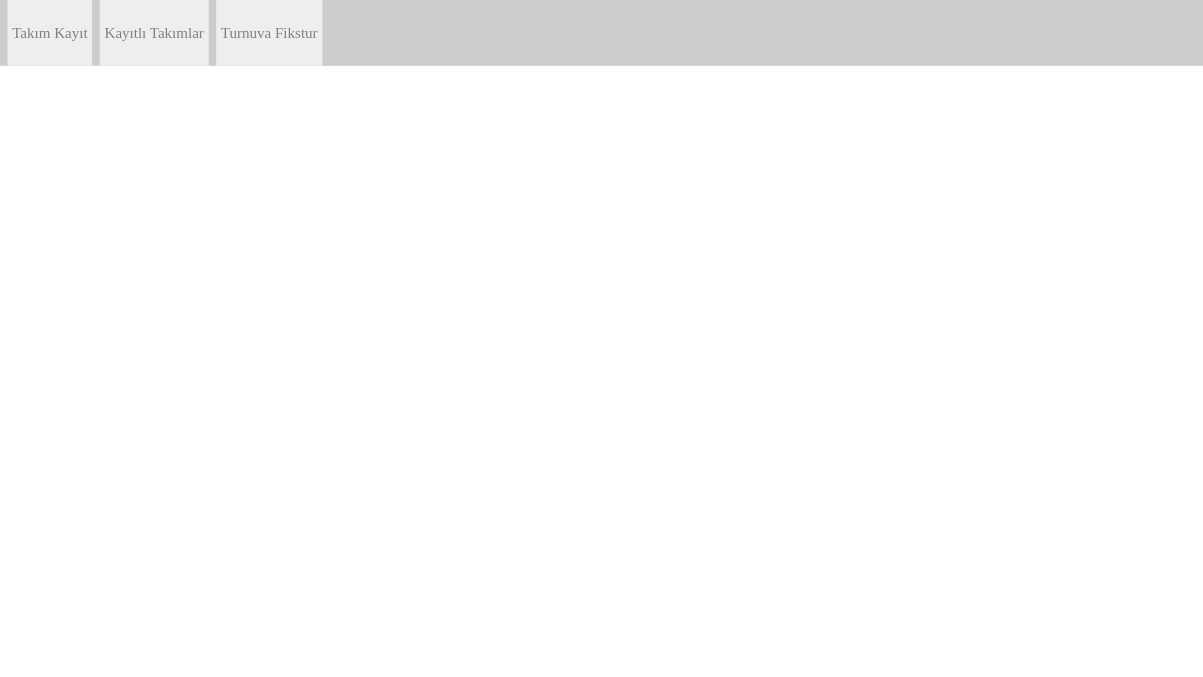
Repository: oktembaris77/internet_final
Page: http://localhost/internetfinal/
An editor plug-in stored every save of this project. The page is shown before and after the next save, followed by the edit.
The browser window is 1280 px wide. The pictures show the whole page, at 94% of full size.
The page is served by Tomcat 9.

Above is the page before, as saved 2020-05-11 19:41:09.

After the next save:
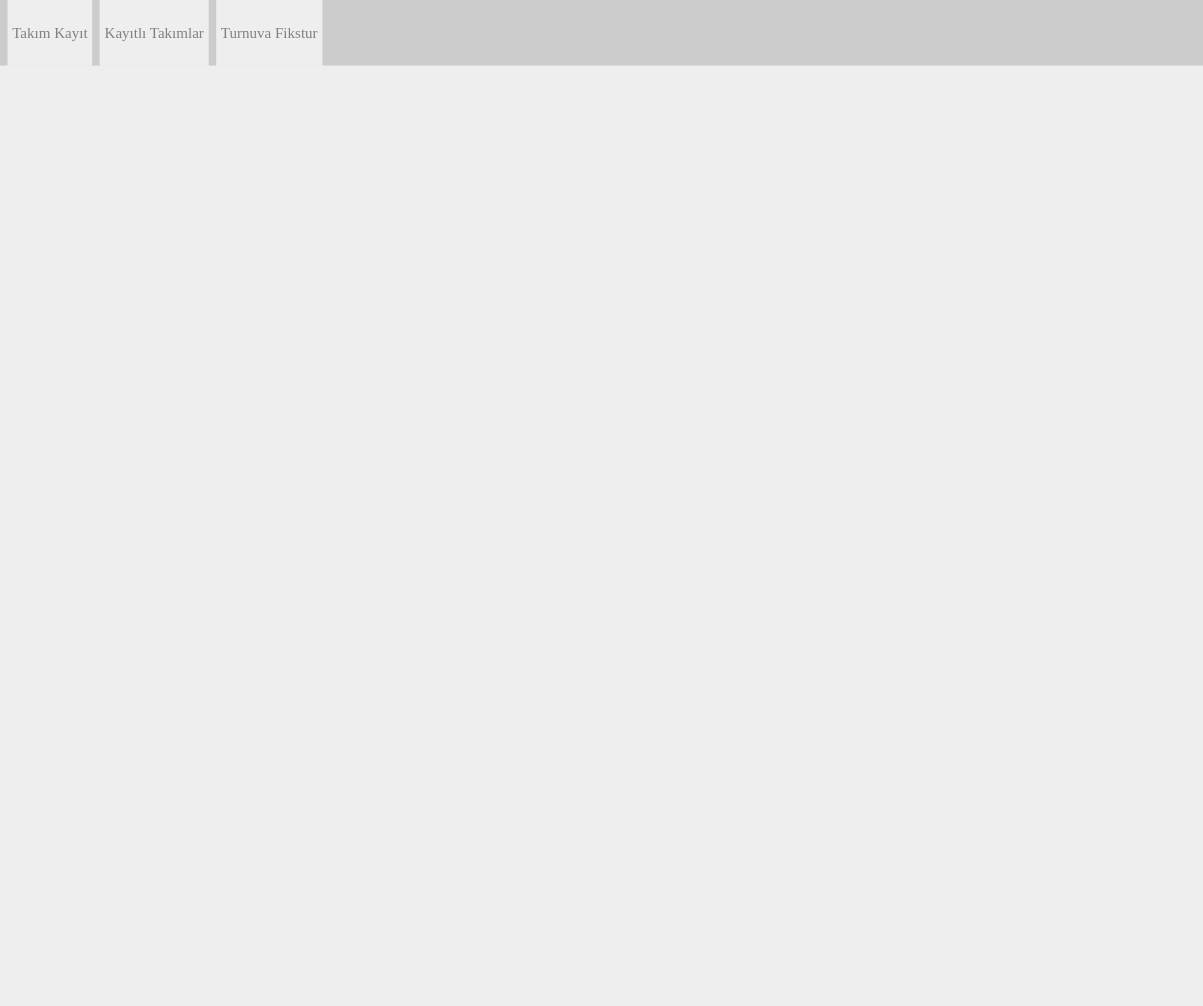
Saved 23 s later.
--- a/internetfinal/WebContent/index.jsp
+++ b/internetfinal/WebContent/index.jsp
@@ -45,7 +45,7 @@
 
 #icerik{
 width:100%;
-height:1000;
+height:1000px;
 background-color:#eee;
 }
 
